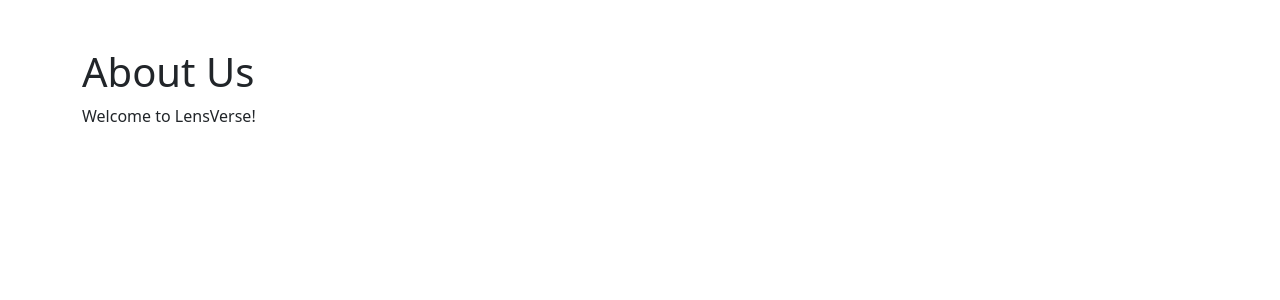
Repository: adithyakiran47/lensverseproject
Page: /admin-dashboard (app in lensverse-client/)
The author's editor kept a copy of each file at every save. The page is drawn from the files as they stood at one save, then again after the next save.
The browser window is 1280 px wide. The pictures show the whole page.
The page's requests for data from a server got no answer. The project was rebuilt for these pictures with package versions that can differ from the ones it lists, and the page was loaded fresh each time. No one was signed in, and anything a server would have sent is missing. Also part of the build but not shown: lensverse-client/src/pages/Home.js, lensverse-client/src/pages/Portfolio.js, lensverse-client/src/pages/Booking.js, lensverse-client/src/pages/About.js, lensverse-client/src/pages/AdminLogin.js. Imported but missing from the stored project, and not drawn on this page: lensverse-client/src/reportWebVitals.

Above is the page before, as saved 2025-11-03 22:29:44.

### lensverse-client/src/App.js
import React from 'react';
import { BrowserRouter as Router, Routes, Route } from 'react-router-dom';


// Import your page components (create these next)
import Home from './pages/Home';
import Portfolio from './pages/Portfolio';
import Booking from './pages/Booking';
import About from './pages/About';
import AdminLogin from './pages/AdminLogin';
import AdminDashboard from './pages/AdminDashboard';

function App() {
  return (
    <Router>
      <Routes>
        <Route path="/" element={<Home />} />
        <Route path="/portfolio" element={<Portfolio />} />
        <Route path="/booking" element={<Booking />} />
        <Route path="/about" element={<About />} />
        <Route path="/admin-login" element={<AdminLogin />} />
        <Route path="/admin-dashboard" element={<AdminDashboard />} />
      </Routes>
    </Router>
  );
}

export default App;

### lensverse-client/src/pages/AdminDashboard.js
import React from 'react';

const AdminDashboard = () => {
  return (
    <div className="container mt-5">
      <h1>About Us</h1>
      <p>Welcome to LensVerse!</p>
    </div>
  );
};

export default AdminDashboard;

### lensverse-client/src/components/Navbar.js
import React from 'react';
import { Link } from 'react-router-dom';

const Navbar = () => {
  return (
    <nav className="navbar navbar-expand-lg navbar-light bg-light">
      <div className="container">
        <Link className="navbar-brand" to="/">Lensverse</Link>
        <button className="navbar-toggler" type="button" data-bs-toggle="collapse" data-bs-target="#navmenu">
          <span className="navbar-toggler-icon"></span>
        </button>

        <div className="collapse navbar-collapse" id="navmenu">
          <ul className="navbar-nav ms-auto">
            <li className="nav-item"><Link className="nav-link" to="/admin-login">Admin Login</Link></li>
            <li className="nav-item"><Link className="nav-link" to="/">Home</Link></li>
            <li className="nav-item"><Link className="nav-link" to="/portfolio">Portfolio</Link></li>
            <li className="nav-item"><Link className="nav-link" to="/booking">Booking</Link></li>
            <li className="nav-item"><Link className="nav-link" to="/about">About</Link></li>
          </ul>
        </div>
      </div>
    </nav>
  );
};

export default Navbar;

Loaded but not shown: lensverse-client/src/index.js (common file); lensverse-client/src/index.css (common file)

After the next save:
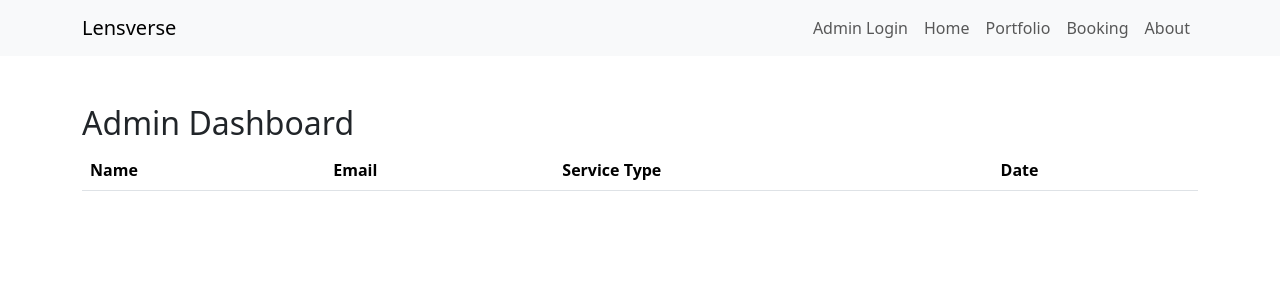
Saved 84 s later.
--- a/lensverse-client/src/pages/AdminDashboard.js
+++ b/lensverse-client/src/pages/AdminDashboard.js
@@ -1,11 +1,54 @@
-import React from 'react';
+import React, { useEffect, useState } from 'react';
+import axios from 'axios';
+import Navbar from '../components/Navbar';
 
 const AdminDashboard = () => {
+  const [bookings, setBookings] = useState([]);
+
+  useEffect(() => {
+    const fetchBookings = async () => {
+      try {
+        const token = localStorage.getItem('adminToken');
+        const res = await axios.get('http://localhost:5000/api/bookings', {
+          headers: { Authorization: `Bearer ${token}` },
+        });
+        setBookings(res.data);
+      } catch (err) {
+        alert('Failed to fetch bookings. Please login again.');
+        // Optional: Redirect to login page
+        window.location.href = '/admin-login';
+      }
+    };
+    fetchBookings();
+  }, []);
+
   return (
-    <div className="container mt-5">
-      <h1>About Us</h1>
-      <p>Welcome to LensVerse!</p>
-    </div>
+    <>
+      <Navbar />
+      <div className="container mt-5">
+        <h2>Admin Dashboard</h2>
+        <table className="table">
+          <thead>
+            <tr>
+              <th>Name</th>
+              <th>Email</th>
+              <th>Service Type</th>
+              <th>Date</th>
+            </tr>
+          </thead>
+          <tbody>
+            {bookings.map((booking) => (
+              <tr key={booking._id}>
+                <td>{booking.name}</td>
+                <td>{booking.email}</td>
+                <td>{booking.serviceType}</td>
+                <td>{booking.date}</td>
+              </tr>
+            ))}
+          </tbody>
+        </table>
+      </div>
+    </>
   );
 };
 
